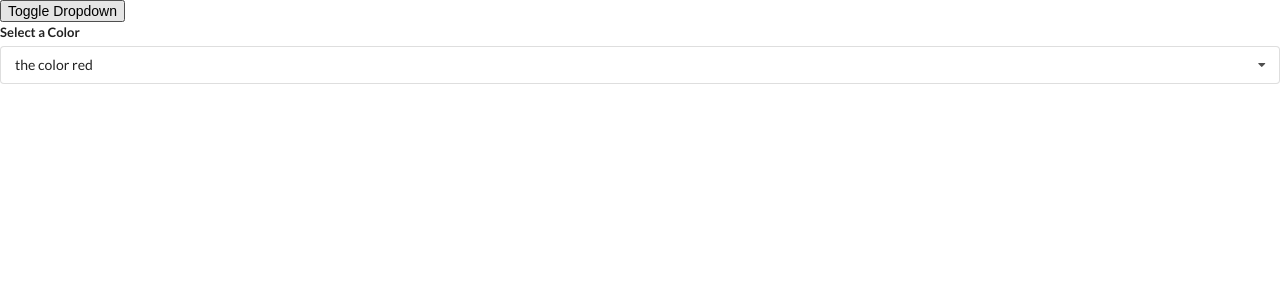
Repository: striver-69/Widjets-App
Page: /
These files come from the project's save history. The page is drawn as it stood at one moment and after the next save; the edit follows.
The browser window is 1280 px wide. The pictures show the whole page.
The project was rebuilt for these pictures with package versions that can differ from the ones it lists, and the page was loaded fresh each time. Also part of the build but not shown: src/components/Accordion.js, src/components/Search.js.

Above is the page before, as saved 2021-03-04 18:06:02.

After the next save:
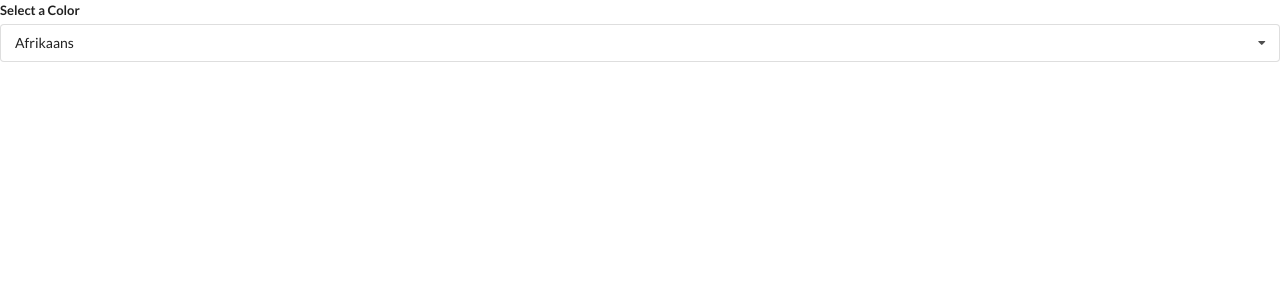
Saved 96 s later.
--- a/src/App.js
+++ b/src/App.js
@@ -35,15 +35,9 @@ const options=[
 ]
 
 export default ()=>{
-  const [selected,setSelected]=useState(options[0])
-  const [showDropdown,setshowDropdown]=useState(true)
-
   return (
     <div>
-      <button onClick={()=>setshowDropdown(!showDropdown)}>Toggle Dropdown</button>
-      {
-        showDropdown? <Dropdown selected={selected} onSelectedChange={setSelected} options={options}/>:null
-      }
+      <Translate/>
     </div>
   )
 }
